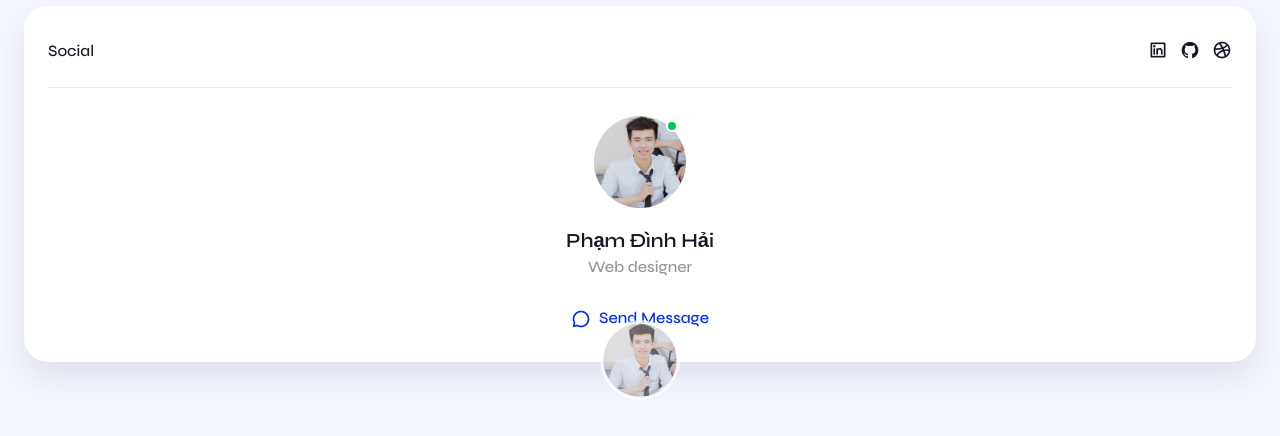
Repository: dinhhaidh/Profile
Page: index.html
These files come from the project's save history. The page is drawn as it stood at one moment and after a run of saves; the edit follows.
The browser window is 1280 px wide. The pictures show the whole page.
The pointer rests on the first visible `.card__article`.
Some web libraries are served in a nearby version.

Above is the page before, as saved 2024-02-29 09:35:59.

After the next 2 saves:
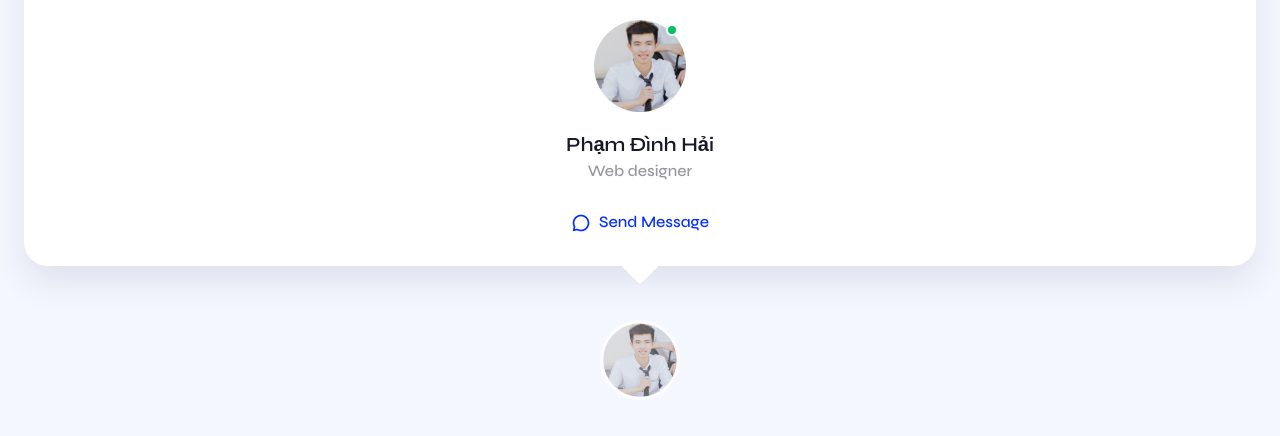
The 2 saves are shown as one change because they came seconds apart.
The last was saved 8 s later.
--- a/style.css
+++ b/style.css
@@ -197,6 +197,7 @@ img {
 .card__article:hover .card__tooltip{
     opacity: 1;
     pointer-events: initial;
+    bottom: 4rem;
 }
 
 /*=============== BREAKPOINTS ===============*/
